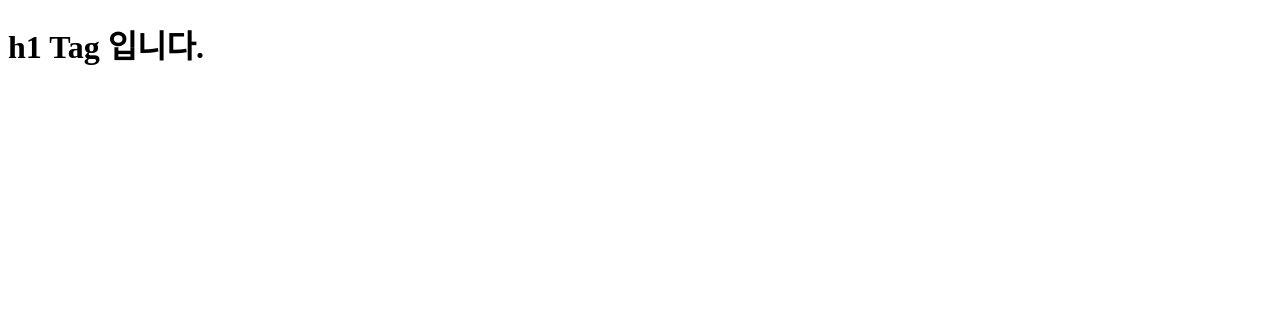
Repository: bjKim2/JSP
Page: HTML/src/main/webapp/Lec02.html
These files come from the project's save history. The page is drawn as it stood at one moment and after the next save; the edit follows.
The browser window is 1280 px wide. The pictures show the whole page.

Above is the page before, as saved 2022-03-15 01:37:47.

### HTML/src/main/webapp/Lec02.html
<!DOCTYPE html>
<html>
<head>
<meta charset="UTF-8">
<title>Insert title here</title>
</head>
<body>
	<h1>h1 Tag 입니다.</h1>
</body>
</html>

After the next save:
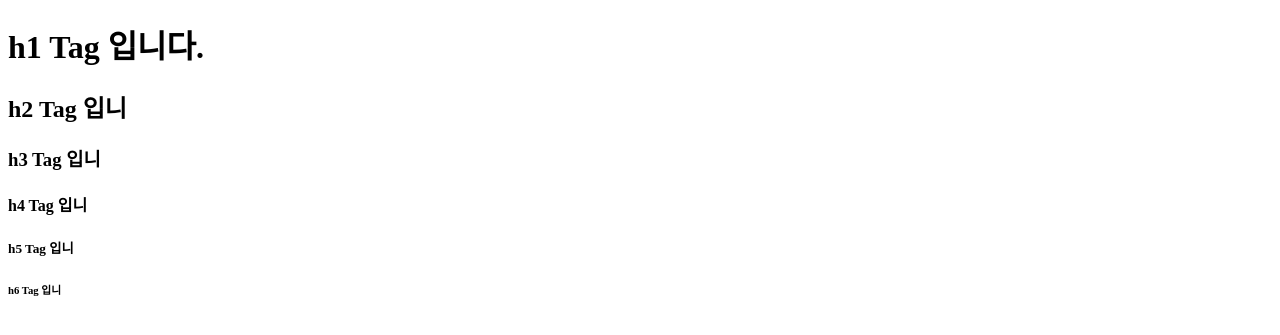
Saved 108 s later.
--- a/HTML/src/main/webapp/Lec02.html
+++ b/HTML/src/main/webapp/Lec02.html
@@ -6,5 +6,11 @@
 </head>
 <body>
 	<h1>h1 Tag 입니다.</h1>
+	<h2>h2 Tag 입니</h2>
+	<h3>h3 Tag 입니</h3>
+	<h4>h4 Tag 입니</h4>
+	<h5>h5 Tag 입니</h5>
+	<h6>h6 Tag 입니</h6>
+
 </body>
 </html>
